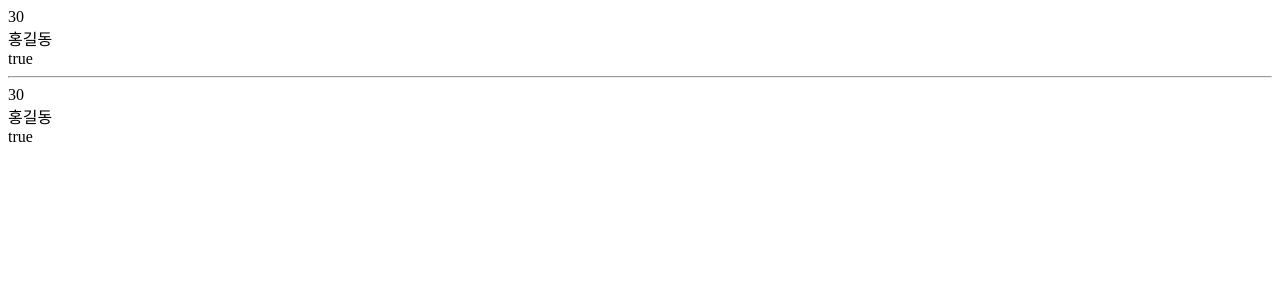
Repository: reddrinkbro/JSPStudy
Page: javascript/WebContent/4객체/array_0b1.html
The author's editor kept a copy of each file at every save. The page is drawn from the files as they stood at one save, then again after the next save.
The browser window is 1280 px wide. The pictures show the whole page.

Above is the page before, as saved 2020-04-07 01:02:46.

After the next save:
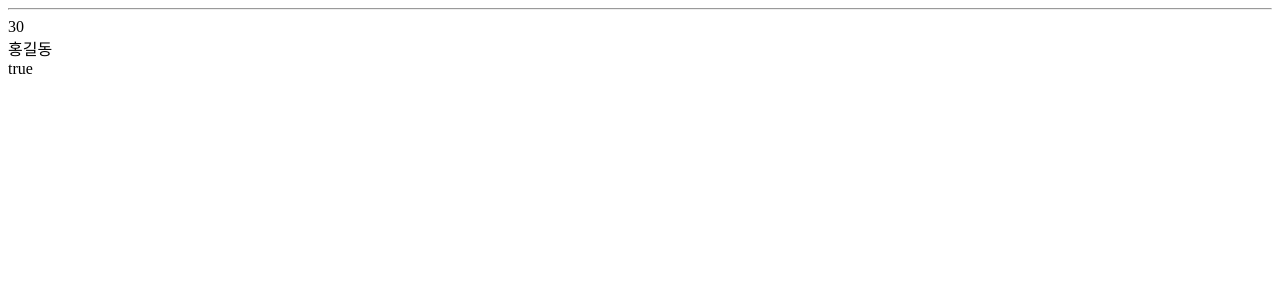
Saved 13 min 2 s later.
--- a/javascript/WebContent/4객체/array_0b1.html
+++ b/javascript/WebContent/4객체/array_0b1.html
@@ -12,14 +12,14 @@
 //				  0    1     2
 	//  인덱스 위치에 접근하여 값을 얻어오는 방법
 //		-> 참조변수명[인덱스위치번호] : 인덱스위치번호에 대응되는 값을 얻을수 있다.
-		document.write( d[0],"<br/>");
-		document.write( d[1],"<br/>");
-		document.write( d[2],"<br/>");
+		//document.write( d[0],"<br/>");
+		//document.write( d[1],"<br/>");
+		//document.write( d[2],"<br/>");
 
 		document.write("<hr/>");
 		//for문을 이용하여 배열메모리에 저장된 데이터를 하나씩 꺼내와 출력
 		for (var i = 0; i < d.length; i++) {
-			document.write(d[i],"<br/>");
+			document.write(d[i],"<br/>"); //인덱스 0, 1, 2에 저장된 값을 얻어 출력함
 		}
 	</script>
 </head>
